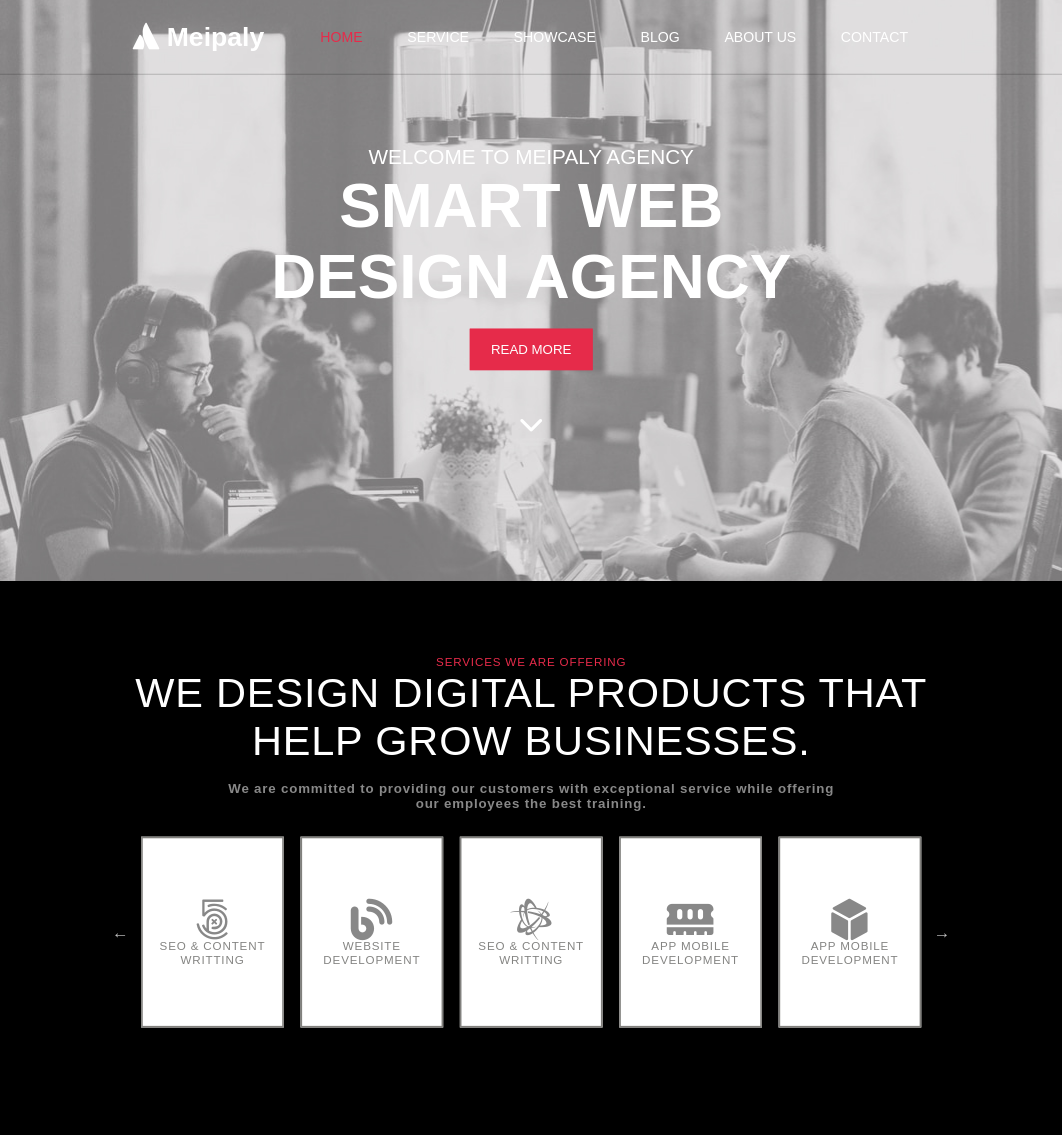
Repository: tudo1611/BC44_HTML5-CSS3_B6_MAIPALY_DO-TRUNG-TU
Page: index.html
These files come from the project's save history. The page is drawn as it stood at one moment and after the next save; the edit follows.
The browser window is 1280 px wide. The pictures show the whole page, at 83% of full size.
Some web fonts or font styles are not loaded; a fallback is used.

Above is the page before, as saved 2023-01-26 21:24:13.

After the next save:
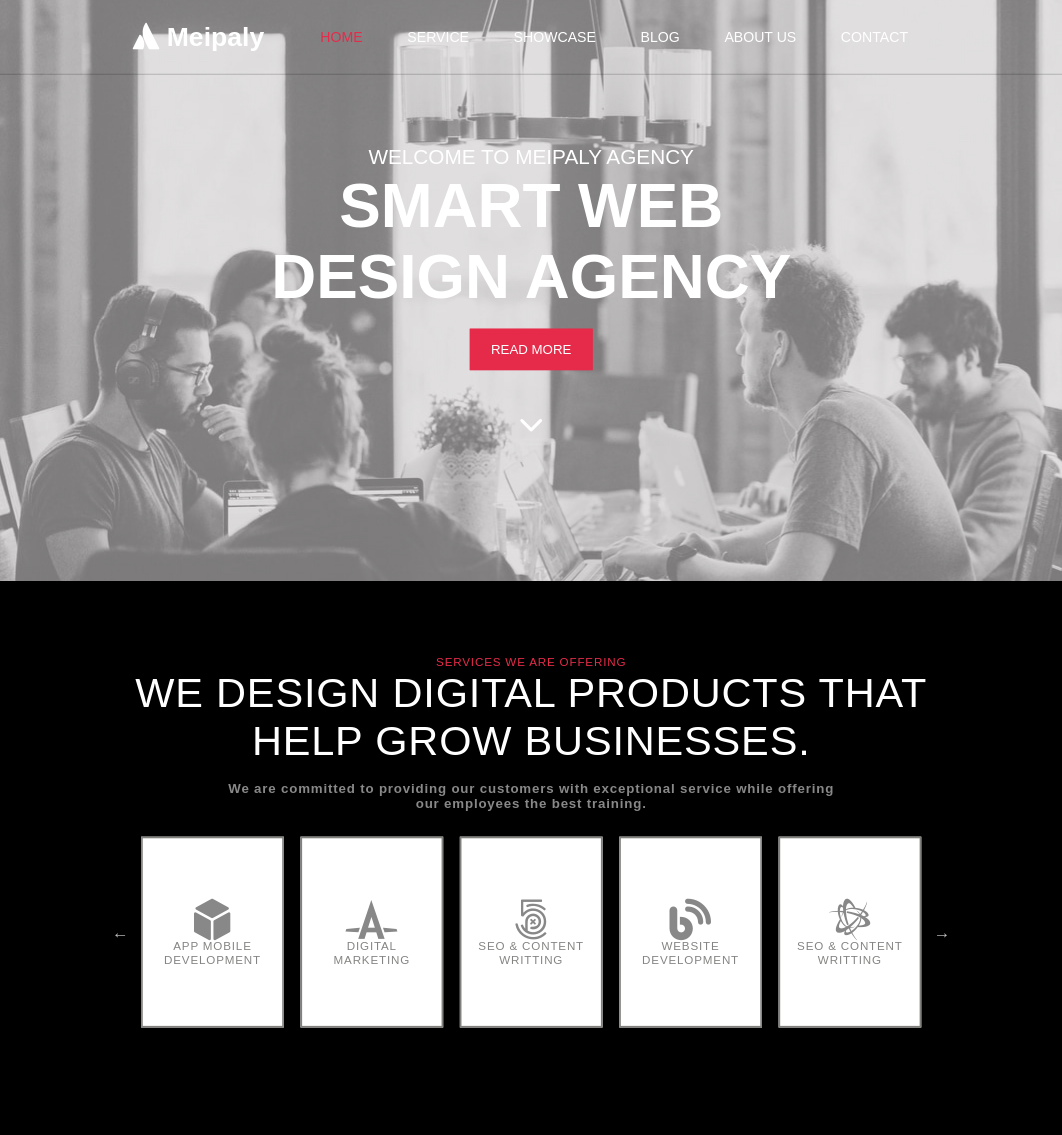
Saved 3 min 9 s later.
--- a/index.html
+++ b/index.html
@@ -123,7 +123,7 @@
         $(".slick-content").slick({
           dots: true,
           infinite: true,
-          autoplay: true,
+          // autoplay: true,
           autoplaySpeed: 2000,
           slidesToShow: 5,
           slidesToScroll: 1,
